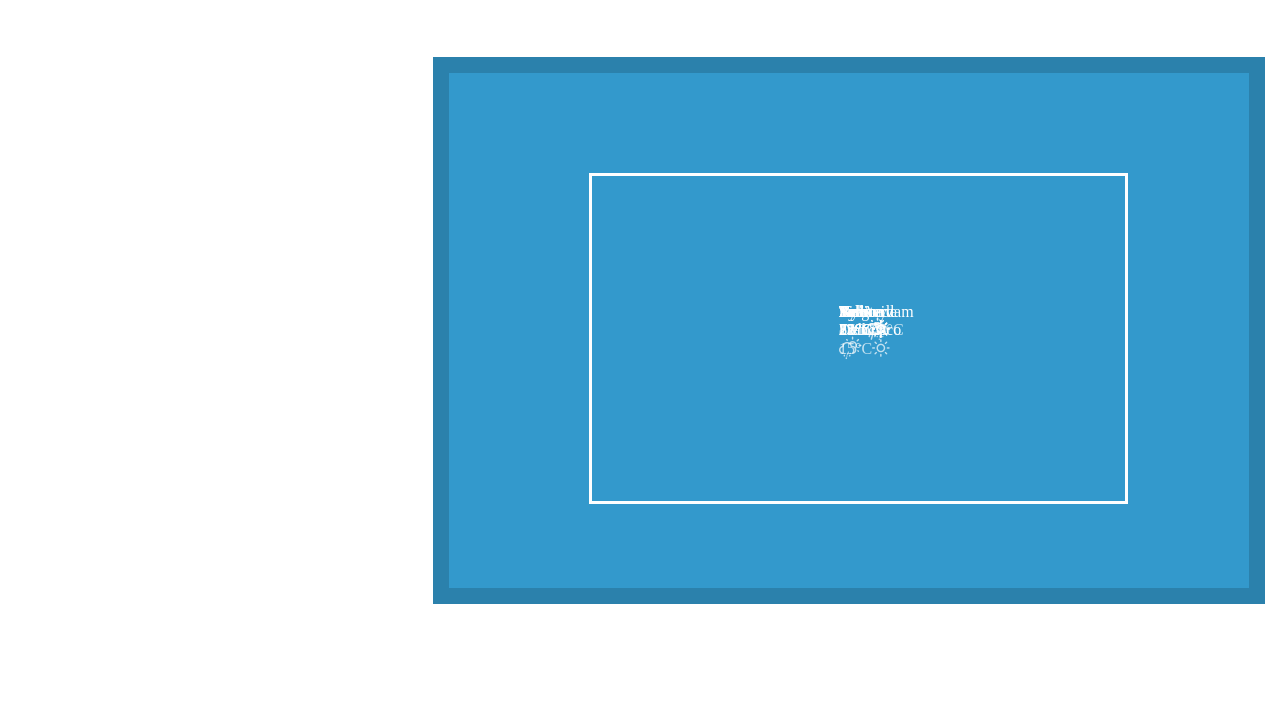
Repository: shpakovskaya/github.io
Page: boxsizing/weatherforecast/index.html
The author's editor kept a copy of each file at every save. The page is drawn from the files as they stood at one save, then again after the next save.
The browser window is 1280 px wide. The pictures show the whole page.

Above is the page before, as saved 2021-11-27 21:48:33.

After the next save:
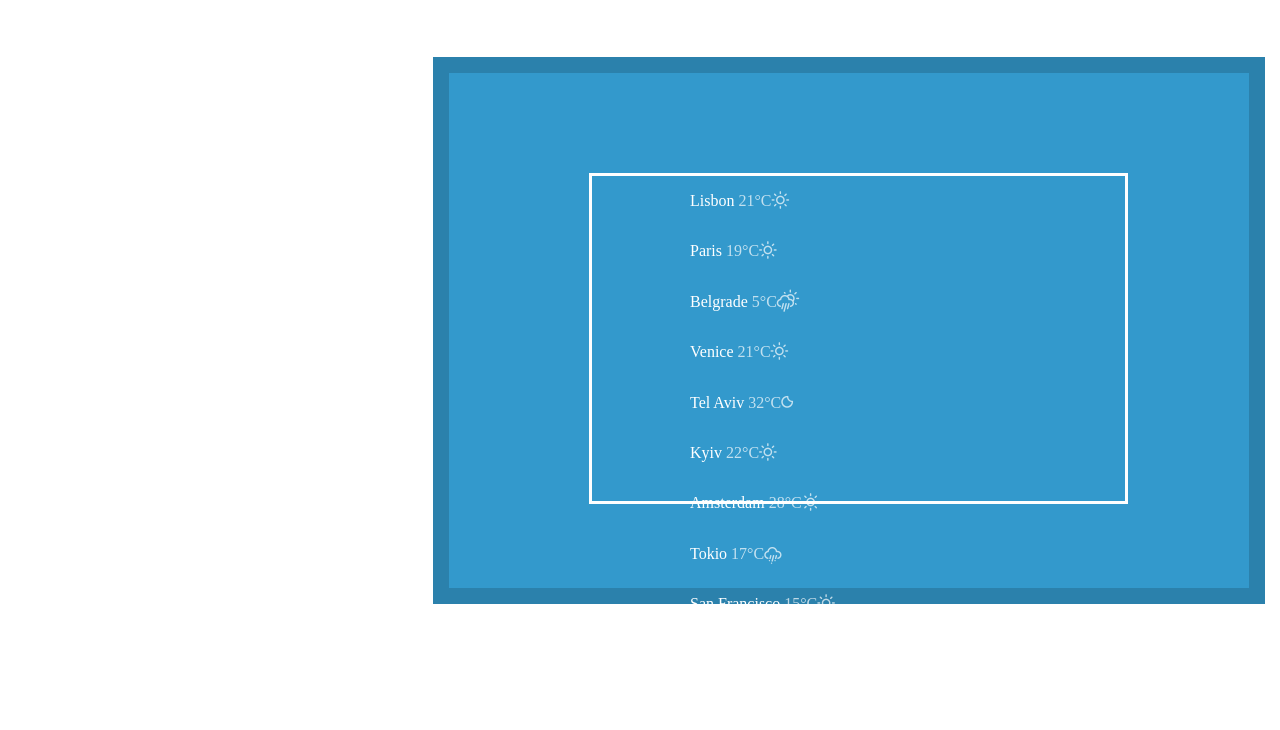
Saved 24 s later.
--- a/boxsizing/weatherforecast/style.css
+++ b/boxsizing/weatherforecast/style.css
@@ -36,9 +36,4 @@ span {
 .e-item {
   align-items: center;
   padding: 16px 98px;
-  position: absolute;
-  width: 265px;
-  height: 79px;
-  left: 149px;
-  top: 111px;
 }
